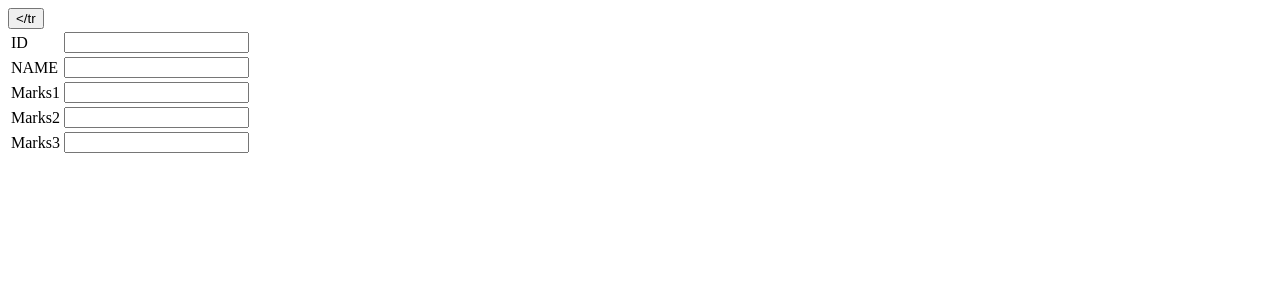
Repository: Aishwarya6362/J2EE
Page: add-result/src/main/webapp/index.html
The author's editor kept a copy of each file at every save. The page is drawn from the files as they stood at one save, then again after a run of saves.
The browser window is 1280 px wide. The pictures show the whole page.

Above is the page before, as saved 2024-10-10 09:48:17.

After the next 2 saves:
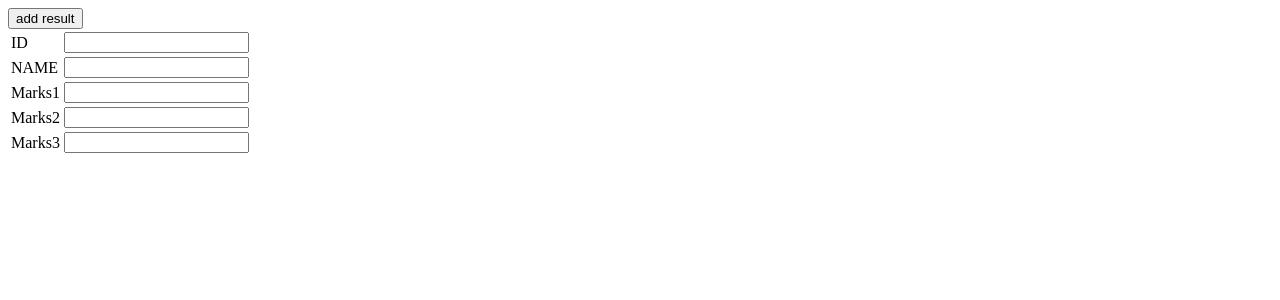
The 2 saves are shown as one change because they came seconds apart.
The last was saved 7 s later.
--- a/add-result/src/main/webapp/index.html
+++ b/add-result/src/main/webapp/index.html
@@ -28,7 +28,7 @@
 				<td><input type="text" name="marks3" /></td>
 			</tr>
 			<tr>
-				<input type="submit" value=
+				<input type="submit" value="add result"/>
 			</tr>
 		</table>
 	</form>
